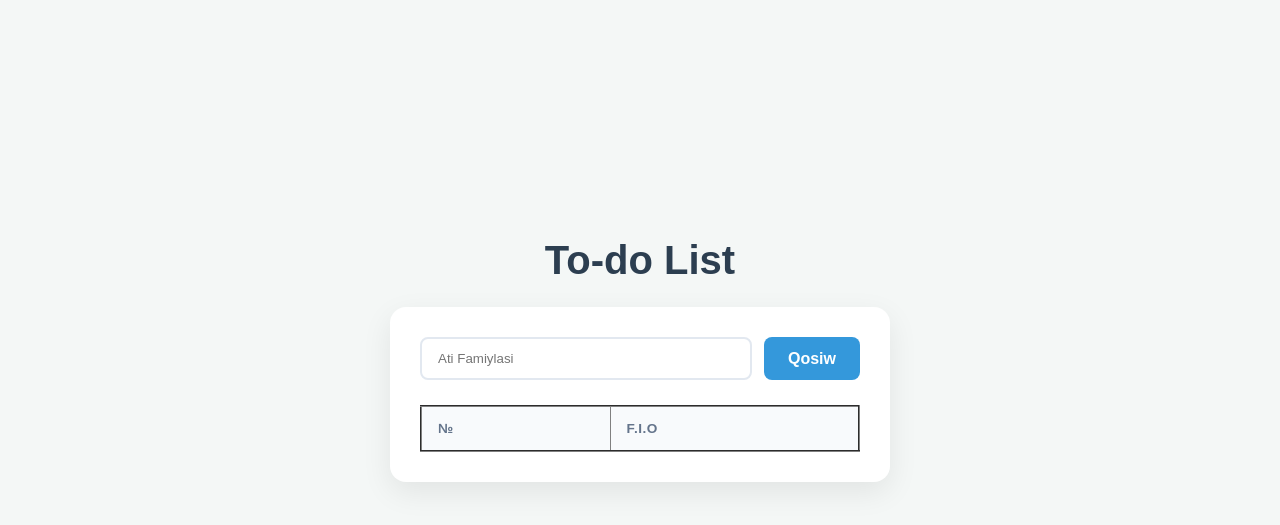
Repository: atamuratov777/my-to-do-list
Page: index.html
The author's editor kept a copy of each file at every save. The page is drawn from the files as they stood at one save, then again after the next save.
The browser window is 1280 px wide. The pictures show the whole page.

Above is the page before, as saved 2026-06-18 14:06:35.

After the next save:
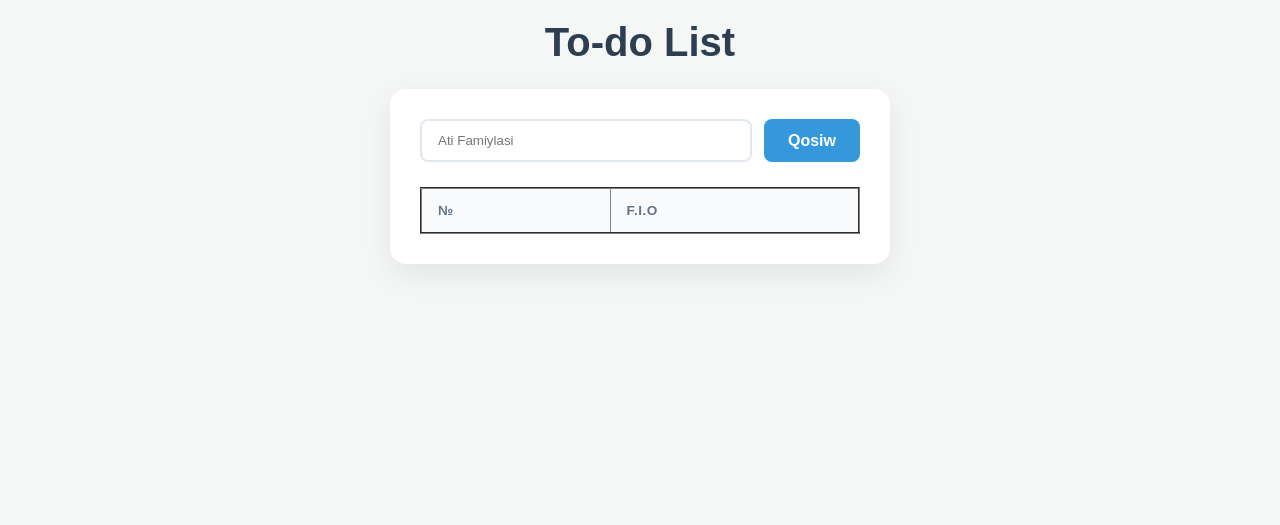
Saved 37 s later.
--- a/style.css
+++ b/style.css
@@ -13,7 +13,7 @@
     flex-direction: column;
     align-items: center;
     justify-content: center;
-    min-height: 100vh;
+
     padding: 20px;
 }
 

After the 2 saves that followed:
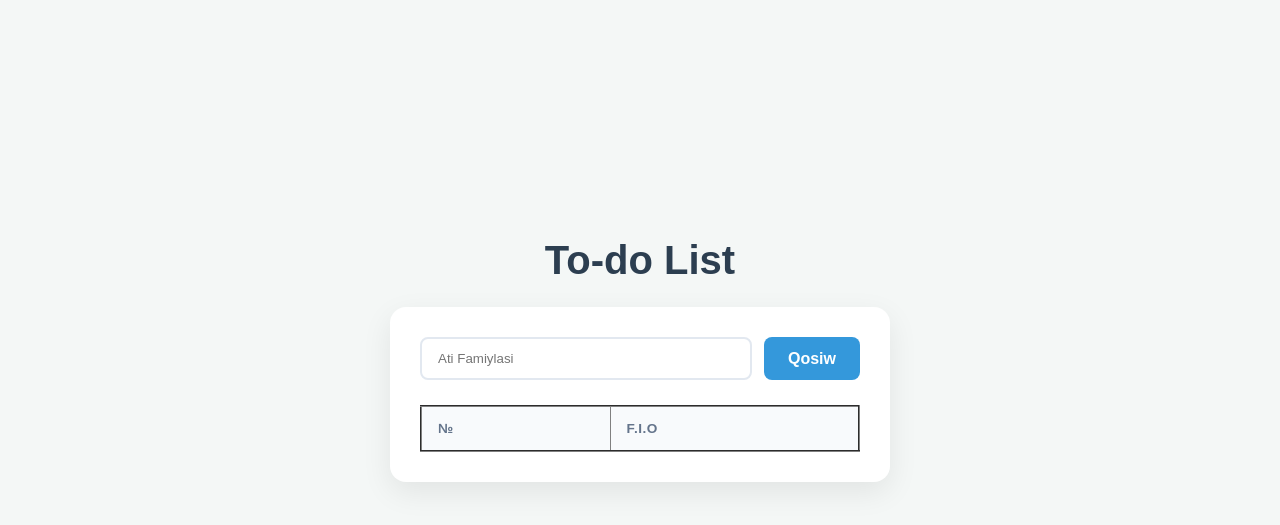
The 2 saves are shown as one change because they came seconds apart.
The last was saved 8 s later.
--- a/style.css
+++ b/style.css
@@ -13,7 +13,7 @@
     flex-direction: column;
     align-items: center;
     justify-content: center;
-
+    height: 100vh;
     padding: 20px;
 }
 
